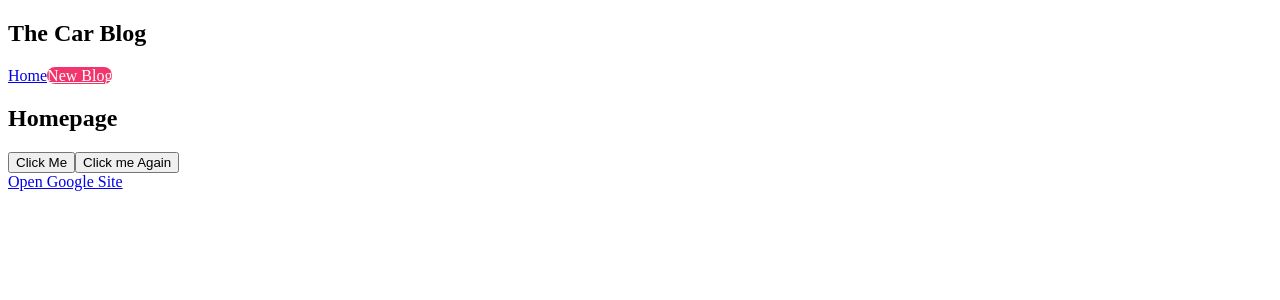
Repository: anuragkej/blogster
Page: /
These files come from the project's save history. The page is drawn as it stood at one moment and after the next save; the edit follows.
The browser window is 1280 px wide. The pictures show the whole page.
The project was rebuilt for these pictures with package versions that can differ from the ones it lists, and the page was loaded fresh each time.

Above is the page before, as saved 2024-08-22 14:05:48.

### src/index.css
@import url("https://fonts.googleapis.com/css2?family=Quicksand:wght@300;400;500;600;700&display=swap");

### src/App.js
import Navbar from "./Navbar";
import Home from "./Home";

function App() {
  const title = "Welcome to Blogster";
  const likes = 50;
  const link = "http://www.google.com";

  // react converts everything to string before outputting to browser, so don't need to worry about typecasting

  return (
    <div className="App">
      <Navbar></Navbar>
      <div className="content">
        <Home />

        <a href={link}>Open Google Site</a>
      </div>
    </div>
  );
}

export default App;

### src/Navbar.js
const Navbar = () => {
  return (
    <nav className="navbar">
      <h1>The Car Blog</h1>
      <div className="links">
        <a href="/">Home</a>
        <a
          href="/create"
          style={{
            color: "white",
            backgroundColor: "#f1356d",
            borderRadius: "8px",
          }}
        >
          New Blog
        </a>
      </div>
    </nav>
  );
};

export default Navbar;

### src/Home.js
const Home = (e) => {
  const handleClick = () => {
    console.log("hello, everyone", e);
  };
  const handleClickAgain = (name, e) => {
    console.log("Hello, " + name, e.target);
  };

  return (
    <div className="home">
      <h2>Homepage</h2>
      <button onClick={handleClick}>Click Me</button>
      <button onClick={(e) => handleClickAgain("Anurag", e)}>
        Click me Again
      </button>
    </div>
  );
};

export default Home;

Loaded but not shown: public/index.html (common file); src/index.js (common file)

After the next save:
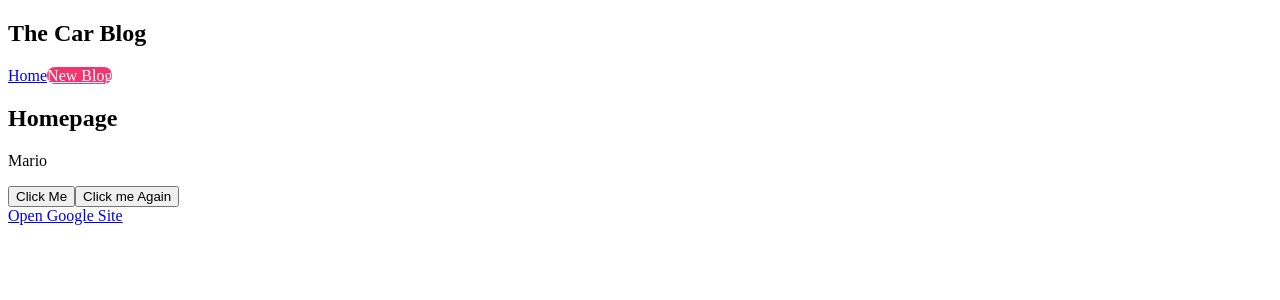
Saved 4 days later.
--- a/src/Home.js
+++ b/src/Home.js
@@ -1,14 +1,13 @@
 const Home = (e) => {
+  let name = "Mario";
   const handleClick = () => {
     console.log("hello, everyone", e);
-  };
-  const handleClickAgain = (name, e) => {
-    console.log("Hello, " + name, e.target);
   };
 
   return (
     <div className="home">
       <h2>Homepage</h2>
+      <p>{name}</p>
       <button onClick={handleClick}>Click Me</button>
       <button onClick={(e) => handleClickAgain("Anurag", e)}>
         Click me Again
